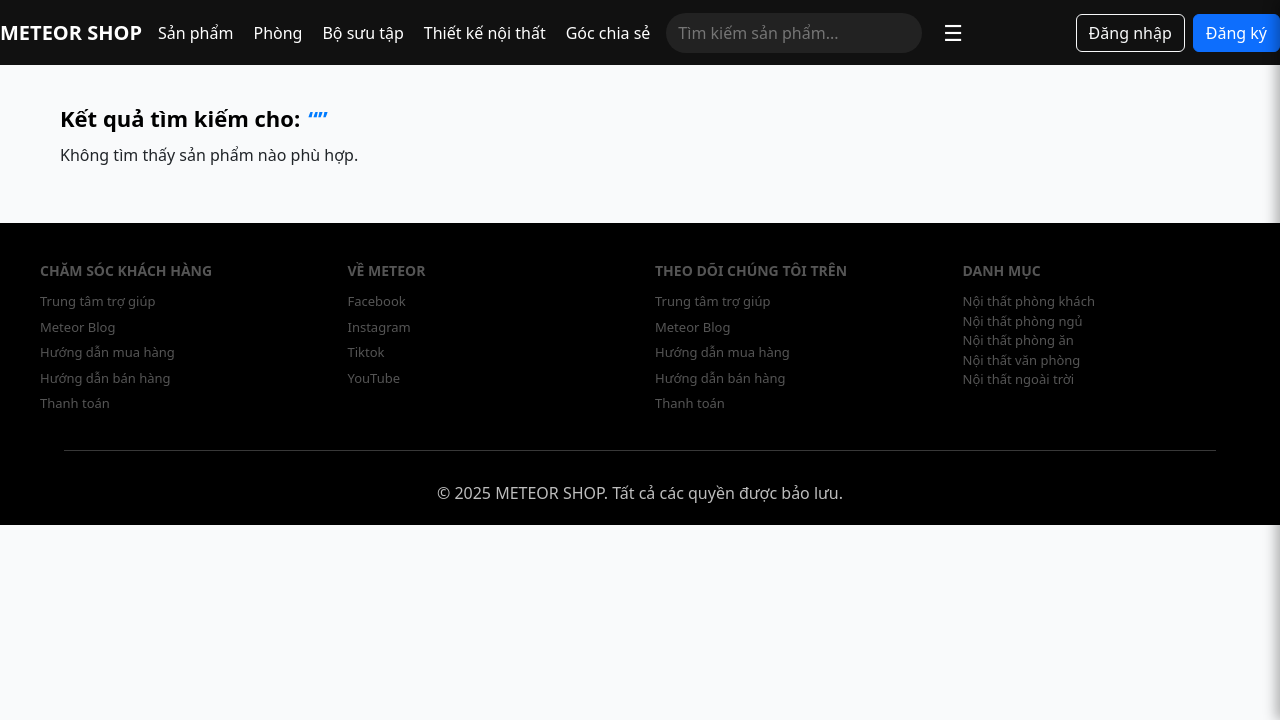
Repository: viethoa0411/Meteor-Shop
Page: http://localhost/search
An editor plug-in stored every save of this project. The page is shown before and after the next save, followed by the edit.
The browser window is 1280 px wide. The pictures show the whole page.
The page is served by the project's Laravel application, run on PHP 8.4 with Laravel 12. The database holds what the project's SQL file puts in it.

Above is the page before, as saved 2025-11-09 19:53:34.

After the next save:
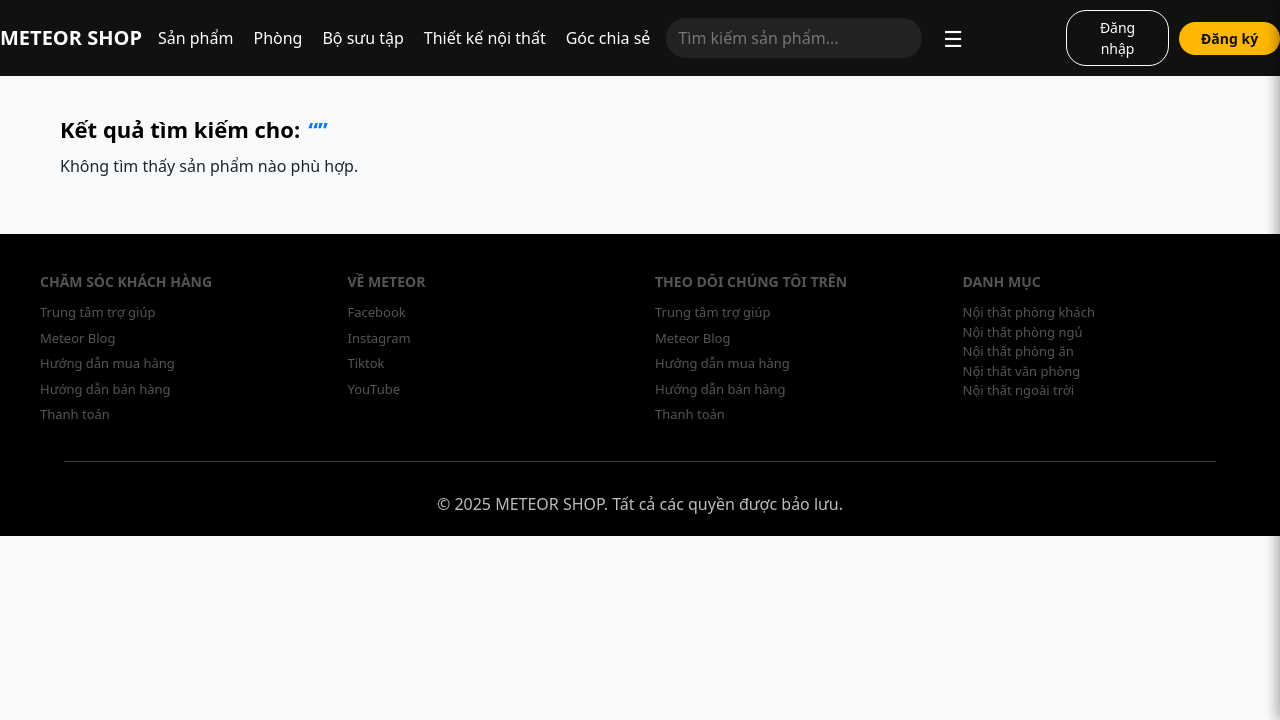
Saved 35 s later.
--- a/resources/views/client/layouts/app.blade.php
+++ b/resources/views/client/layouts/app.blade.php
@@ -344,26 +344,37 @@
             <!-- Icon menu dọc -->
             <div class="menu-toggle">☰</div>
 
-            <div class="ms-auto">
-                <div class="ms-auto w-100">
-                        @auth
-                            <div class="d-flex align-items-center gap-3">
-                                <span class="text-white">Xin chào, {{ Auth::user()->name }}</span>
-                                <form action="{{ route('logout') }}" method="POST" class="d-inline">
-                                    @csrf
-                                    <button class="btn btn-outline-light btn-sm" type="submit">Đăng xuất</button>
-                                </form>
-                            </div>
-                        @else
-                            <div class="d-flex w-100">
-                                <a class="btn btn-outline-light flex-fill" href="{{ route('login') }}">Đăng nhập</a>
-                                <a class="btn btn-primary flex-fill ms-2" href="{{ route('register') }}">Đăng ký</a>
-                            </div>
-                        @endauth
-                </div>
-            </div>
-
-            </div>
+           <div class="ms-auto" style="display:flex; align-items:center; justify-content:flex-end; gap:10px;">
+    @auth
+        <div style="display:flex; align-items:center; gap:8px;">
+            <span style="color:#fff; font-size:14px;">Xin chào, {{ Auth::user()->name }}</span>
+            <form action="{{ route('logout') }}" method="POST" style="display:inline;">
+                @csrf
+                <button type="submit"
+                        style="background:transparent; border:1px solid #fff; color:#fff; border-radius:20px;
+                               padding:6px 16px; font-size:14px; cursor:pointer; transition:all 0.3s;">
+                    Đăng xuất
+                </button>
+            </form>
+        </div>
+    @else
+        <div style="display:flex; gap:10px; align-items:center;">
+            <a href="{{ route('login') }}"
+               style="flex:1; text-align:center; background:transparent; border:1px solid #fff; color:#fff;
+                      border-radius:20px; padding:6px 18px; font-weight:500; font-size:14px;
+                      text-decoration:none; transition:all 0.3s;">
+                Đăng nhập
+            </a>
+            <a href="{{ route('register') }}"
+               style="flex:1; text-align:center; background:#ffb703; border:none; color:#111;
+                      border-radius:20px; padding:6px 18px; font-weight:600; font-size:14px;
+                      text-decoration:none; transition:all 0.3s;">
+                Đăng ký
+            </a>
+        </div>
+    @endauth
+</div>
+
 
         <!-- Menu dọc -->
         <div class="overlay"></div>

After the 3 saves that followed:
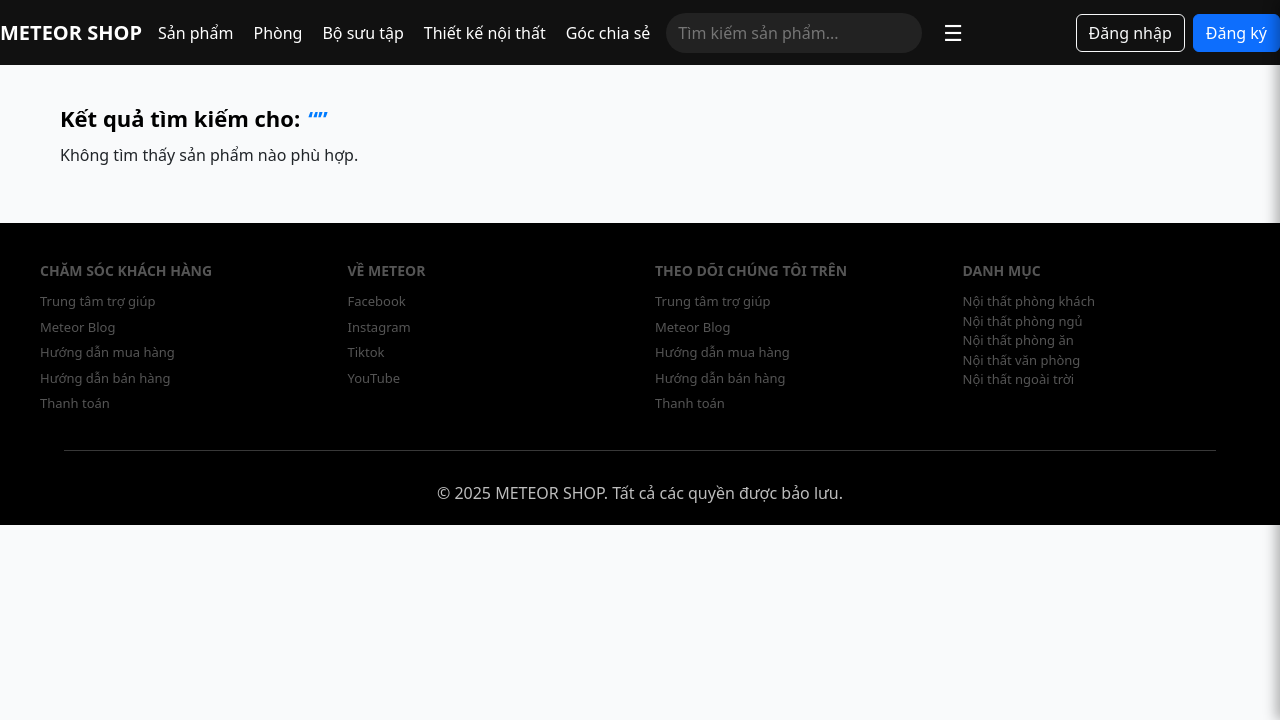
The 3 saves are shown as one change because 1 left the picture as it was and some came seconds apart.
The last was saved 35 s later.
--- a/resources/views/client/layouts/app.blade.php
+++ b/resources/views/client/layouts/app.blade.php
@@ -344,37 +344,26 @@
             <!-- Icon menu dọc -->
             <div class="menu-toggle">☰</div>
 
-           <div class="ms-auto" style="display:flex; align-items:center; justify-content:flex-end; gap:10px;">
-    @auth
-        <div style="display:flex; align-items:center; gap:8px;">
-            <span style="color:#fff; font-size:14px;">Xin chào, {{ Auth::user()->name }}</span>
-            <form action="{{ route('logout') }}" method="POST" style="display:inline;">
-                @csrf
-                <button type="submit"
-                        style="background:transparent; border:1px solid #fff; color:#fff; border-radius:20px;
-                               padding:6px 16px; font-size:14px; cursor:pointer; transition:all 0.3s;">
-                    Đăng xuất
-                </button>
-            </form>
-        </div>
-    @else
-        <div style="display:flex; gap:10px; align-items:center;">
-            <a href="{{ route('login') }}"
-               style="flex:1; text-align:center; background:transparent; border:1px solid #fff; color:#fff;
-                      border-radius:20px; padding:6px 18px; font-weight:500; font-size:14px;
-                      text-decoration:none; transition:all 0.3s;">
-                Đăng nhập
-            </a>
-            <a href="{{ route('register') }}"
-               style="flex:1; text-align:center; background:#ffb703; border:none; color:#111;
-                      border-radius:20px; padding:6px 18px; font-weight:600; font-size:14px;
-                      text-decoration:none; transition:all 0.3s;">
-                Đăng ký
-            </a>
-        </div>
-    @endauth
-</div>
-
+            <div class="ms-auto">
+            <div class="ms-auto w-100">
+                    @auth
+                        <div class="d-flex align-items-center gap-3">
+                            <span class="text-white">Xin chào, {{ Auth::user()->name }}</span>
+                            <form action="{{ route('logout') }}" method="POST" class="d-inline">
+                                @csrf
+                                <button class="btn btn-outline-light btn-sm" type="submit">Đăng xuất</button>
+                            </form>
+                        </div>
+                    @else
+                        <div class="d-flex w-100">
+                            <a class="btn btn-outline-light flex-fill" href="{{ route('login') }}">Đăng nhập</a>
+                            <a class="btn btn-primary flex-fill ms-2" href="{{ route('register') }}">Đăng ký</a>
+                        </div>
+                    @endauth
+                </div>
+                </div>
+
+            </div>
 
         <!-- Menu dọc -->
         <div class="overlay"></div>
